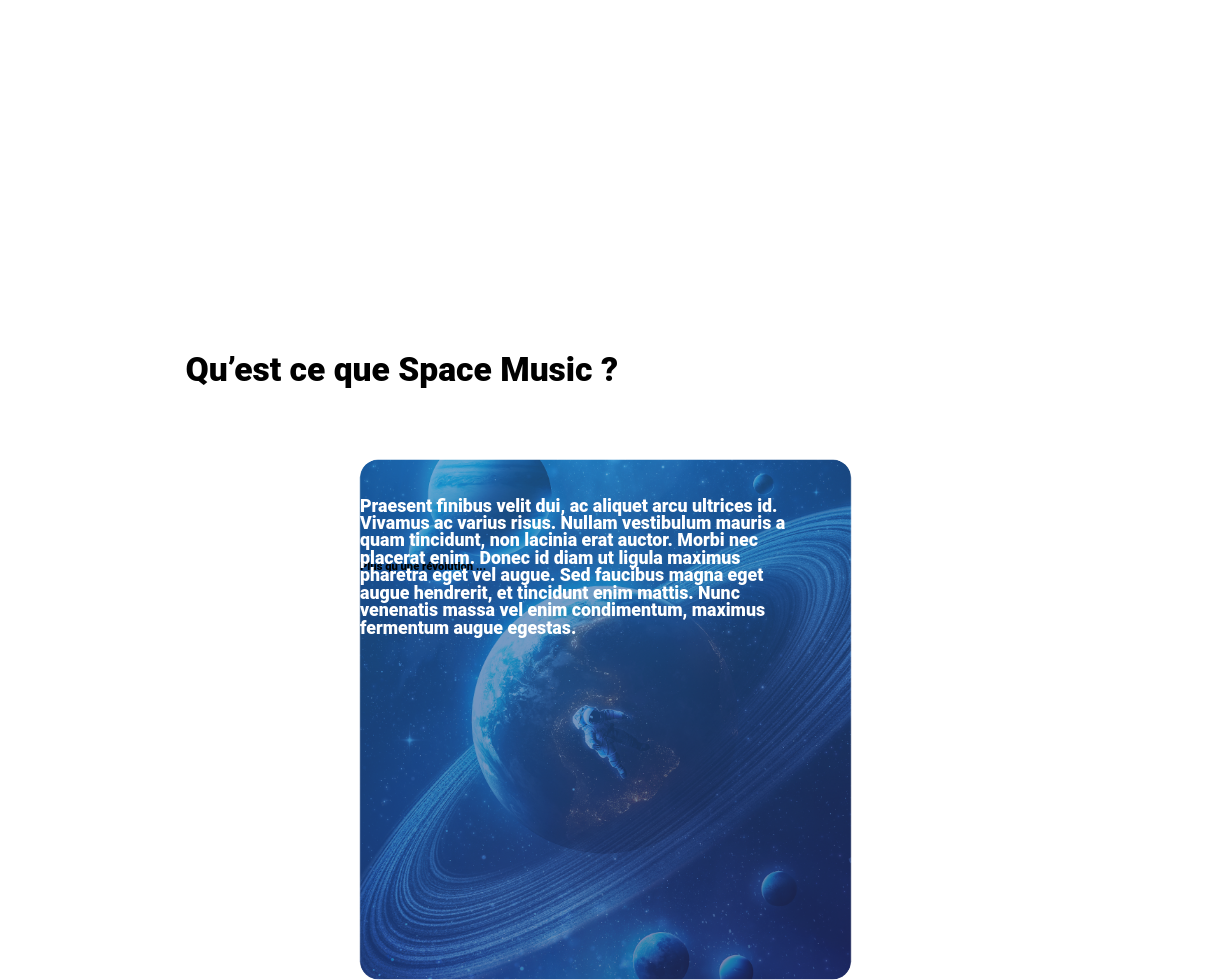
Repository: karalyh/landing-experts
Page: /
An editor plug-in stored every save of this project. The page is shown before and after the next save, followed by the edit.
The browser window is 1280 px wide. The page is 1729 px wide, so the pictures cover 1729 px, including what lies to the right of the window. The pictures show the part of the page from y = 1628 to 3028 px (the page is 3028 px tall), at 70% of full size.
The project was rebuilt for these pictures with package versions that can differ from the ones it lists, and the page was loaded fresh each time. The framework's server and built-in components were replaced by stand-ins that run in the browser. Also part of the build but not shown: next.config.js, public/css/circles-animations.css, public/css/devices-view.css.

Above is the page before, as saved 2022-09-23 12:10:47.

After the next save:
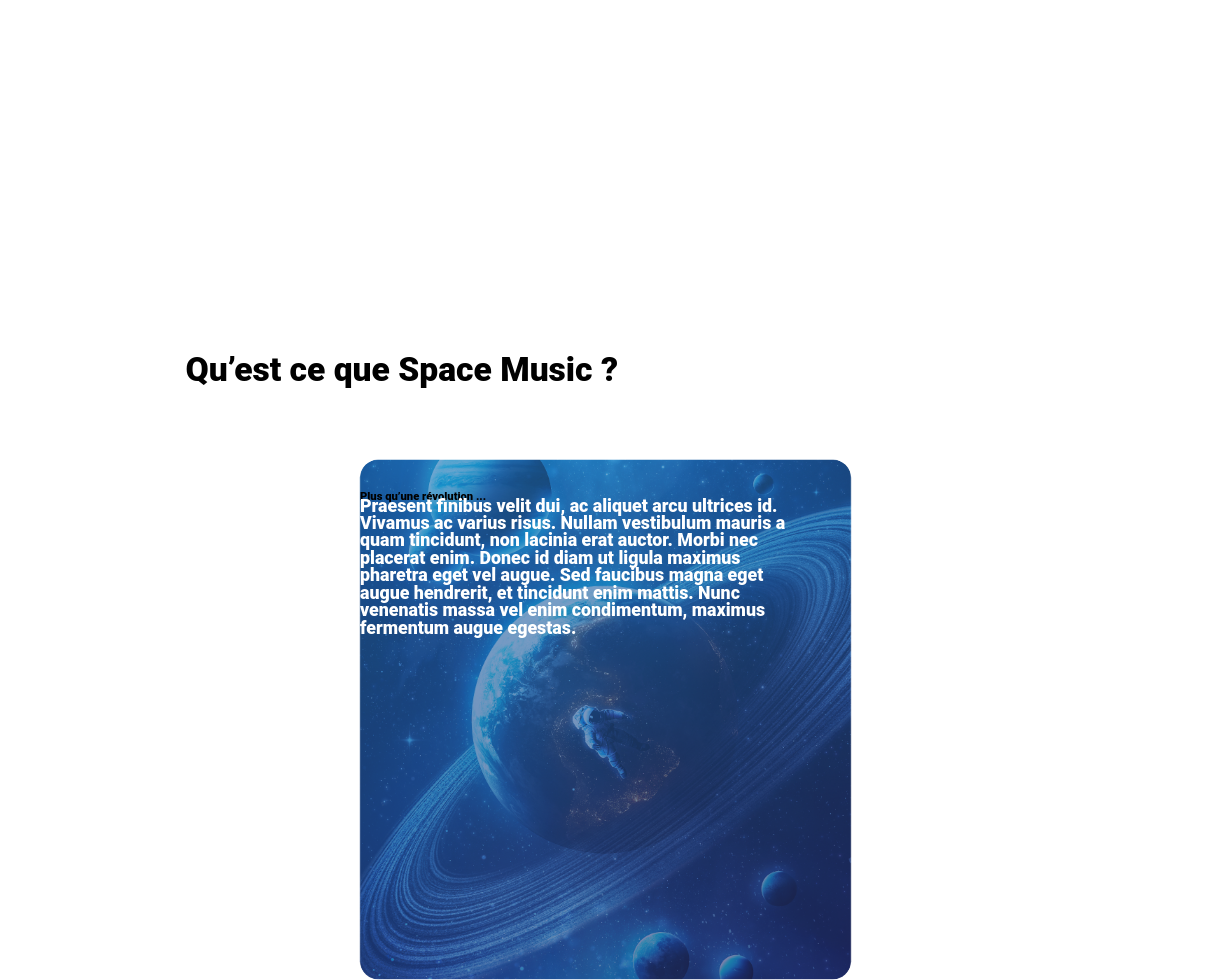
Saved 14 s later.
--- a/components/Section2.tsx
+++ b/components/Section2.tsx
@@ -22,7 +22,7 @@ export default function Section2() {
                             {/**
                              * Titre
                              */}
-                            <h1 className="font-black font-roboto text-base top-[40.83px]">Plus qu’une révolution ...</h1>
+                            <h1 className="font-black font-roboto text-base top-[40.83px] absolute">Plus qu’une révolution ...</h1>
 
                             {/**
                              * Paragraphe
